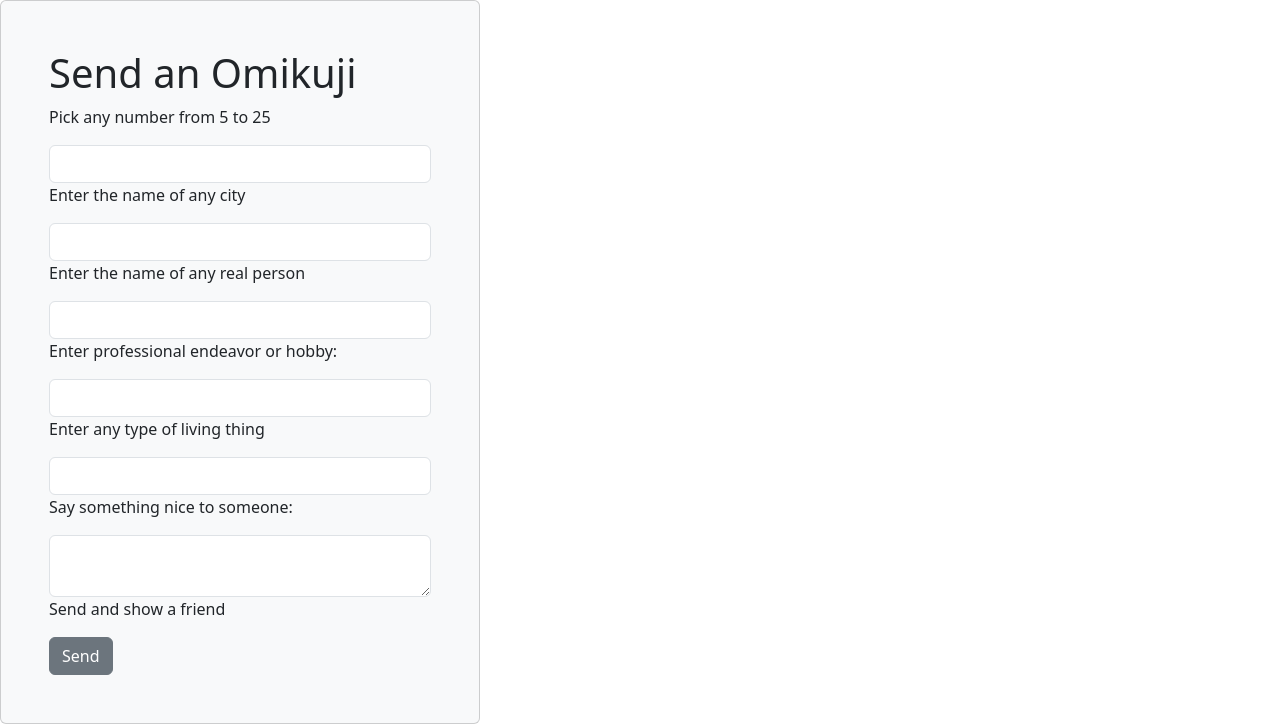
Repository: ShathaMorales/Java-Stack
Page: http://localhost/OmikujiForm/WEB-INF/index.jsp
These files come from the project's save history. The page is drawn as it stood at one moment and after the next save; the edit follows.
The browser window is 1280 px wide. The pictures show the whole page.
The page is served by Tomcat 10. Nobody is signed in. Other server files are loaded and not shown. The template is opened directly, without the code that normally fills it, so the values that code supplies are empty.

Above is the page before, as saved 2023-05-06 10:42:31.

### _java/JavaSpring/OmikujiForm/OmikujiForm/src/main/webapp/WEB-INF/index.jsp
<%@ page language="java" contentType="text/html; charset=UTF-8"
    pageEncoding="UTF-8"%>
<%@ taglib prefix = "c" uri = "http://java.sun.com/jsp/jstl/core" %>
<%@ taglib prefix="form" uri="http://www.springframework.org/tags/form"%>
<!DOCTYPE html>
<html>
<head>
<meta charset="UTF-8">
<link href="https://cdn.jsdelivr.net/npm/bootstrap@5.3.0-alpha3/dist/css/bootstrap.min.css" rel="stylesheet" integrity="sha384-KK94CHFLLe+nY2dmCWGMq91rCGa5gtU4mk92HdvYe+M/SXH301p5ILy+dN9+nJOZ" crossorigin="anonymous">
<title>Omikuji Form</title>
</head>
<body>
	<div class="card p-5 bg-light center" style="width: 30rem;">
		<h1>Send an Omikuji</h1>
		<form action="/omikuji/handle" method="POST">
			<p><label>Pick any number from 5 to 25</label></p>
			<input class="form-control" type="number" name="number">

			<p><label>Enter the name of any city</label></p>
			<input class="form-control" type="text" name="city">

			<p><label>Enter the name of any real person</label></p>
			<input class="form-control" type="text" name="name">

			<p><label>Enter professional endeavor or hobby:</label></p>
			<input class="form-control" type="text" name="hobby">

			<p><label>Enter any type of living thing</label></p>
			<input class="form-control" type="text" name="thing">

			<p><label>Say something nice to someone:</label></p>
			<textarea class="form-control" id="textarea" name="textarea"></textarea>

			<p><label>Send and show a friend</label></p>
			<input class="btn btn-secondary" type="submit" value="Send">
		</form>
	</div>

</body>
</html>

After the next save:
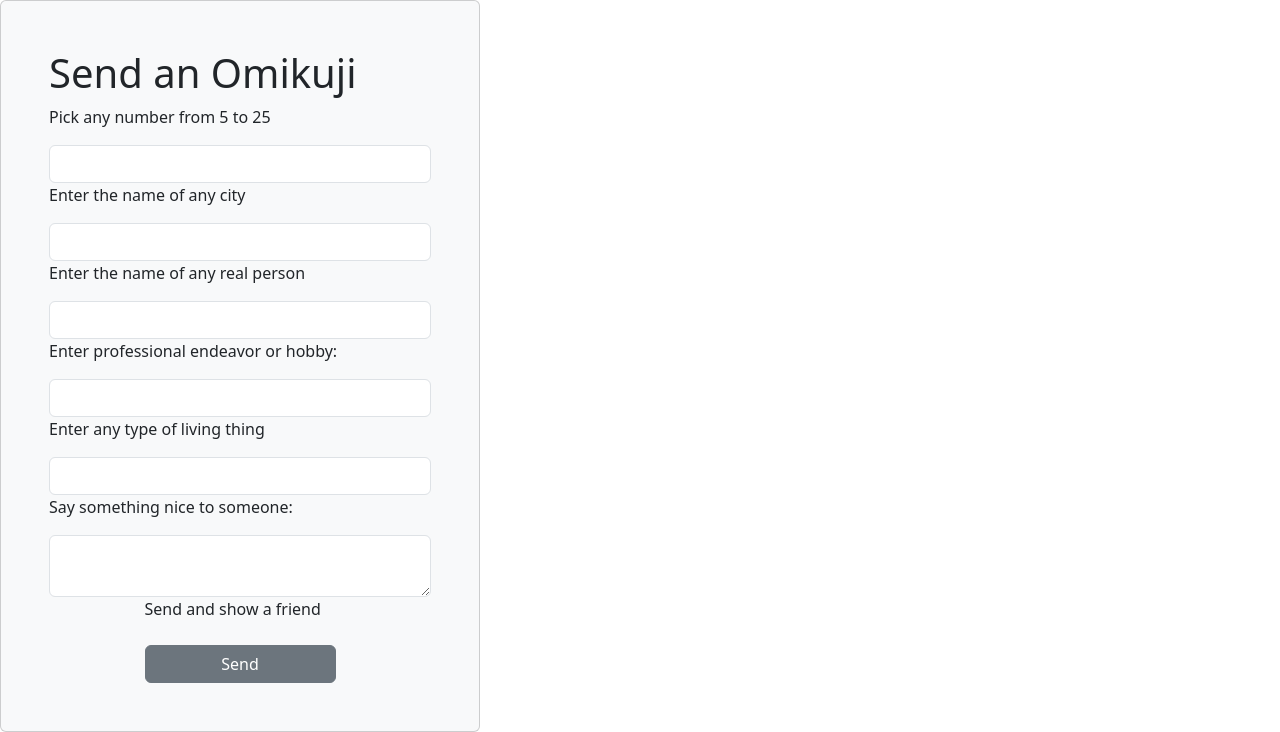
Saved 99 s later.
--- a/_java/JavaSpring/OmikujiForm/OmikujiForm/src/main/webapp/WEB-INF/index.jsp
+++ b/_java/JavaSpring/OmikujiForm/OmikujiForm/src/main/webapp/WEB-INF/index.jsp
@@ -30,9 +30,10 @@
 
 			<p><label>Say something nice to someone:</label></p>
 			<textarea class="form-control" id="textarea" name="textarea"></textarea>
-
-			<p><label>Send and show a friend</label></p>
-			<input class="btn btn-secondary" type="submit" value="Send">
+			<div class="d-grid gap-2 col-6 mx-auto">
+				<p><label>Send and show a friend</label></p>
+				<input class="btn btn-secondary" type="submit" value="Send">
+			</div>
 		</form>
 	</div>
 
